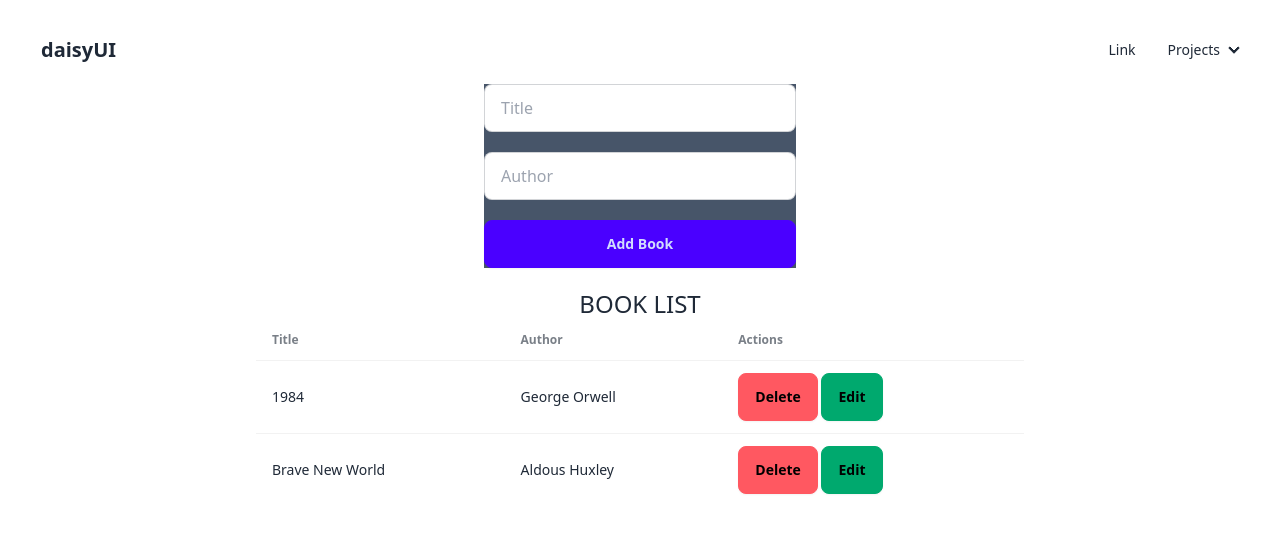
Repository: sibi24sibi/Crud-app-svelte
Page: /
An editor plug-in stored every save of this project. The page is shown before and after a run of saves, followed by the edit.
The browser window is 1280 px wide. The pictures show the whole page.
The project was rebuilt for these pictures with package versions that can differ from the ones it lists, and the page was loaded fresh each time. Also part of the build but not shown: svelte.config.js, vite.config.js.

Above is the page before, as saved 2024-06-30 19:09:42.

### index.html
<!doctype html>
<html lang="en" data-theme="light">
  <head>
    <meta charset="UTF-8" />
    <link rel="icon" type="image/svg+xml" href="/vite.svg" />
    <meta name="viewport" content="width=device-width, initial-scale=1.0" />
    <title>Vite + Svelte</title>
  </head>
  <body>
    <div id="app"></div>
    <script type="module" src="/src/main.js"></script>
  </body>
</html>

### src/App.svelte
<script>
  import Navbar from "./Components/Navbar.svelte";

  import AddBook from "./Components/AddBook.svelte";
  import BookList from "./Components/BookList.svelte";
</script>

<main>
  <Navbar />

  <AddBook />
  <BookList />
</main>

<style>
  main {
    text-align: center;
    padding: 1em;
    margin: 0 auto;
  }
</style>

### src/Components/Navbar.svelte
<script></script>

<body>
  <div class="navbar bg-base-100">
    <div class="flex-1">
      <a class="btn btn-ghost text-xl">daisyUI</a>
    </div>
    <div class="flex-none">
      <ul class="menu menu-horizontal px-1">
        <li><a>Link</a></li>
        <li>
          <details>
            <summary>Projects</summary>
            <ul class="bg-base-100 rounded-t-none p-2">
              <li><a>Video player</a></li>
              <li><a>data entry</a></li>
            </ul>
          </details>
        </li>
      </ul>
    </div>
  </div>
</body>

<style>
</style>

### src/Components/AddBook.svelte
<script>
  import { books } from "./BookStore.js";
  let title = "";
  let author = "";

  function addBook() {
    books.update((items) => [
      ...items,
      { id: items.length ? items[items.length - 1].id + 1 : 1, title, author },
    ]);
    title = "";
    author = "";
  }
</script>

<div class="flex flex-col mx-auto gap-5 bg-slate-600 w-1/4">
  <input
    placeholder="Title"
    class="input input-bordered w-full max-w-xs"
    bind:value={title}
  />
  <input
    placeholder="Author"
    class="input input-bordered w-full max-w-xs"
    bind:value={author}
  />
  <button class="btn btn-primary max-w-sm" {addBook}>Add Book</button>
</div>

### src/Components/BookList.svelte
<script>
  import { books } from "./BookStore.js";
  let editableBook = null;

  function deleteBook(id) {
    books.update((items) => items.filter((item) => item.id !== id));
  }

  function editBook(book) {
    editableBook = { ...book };
  }

  function saveEdit() {
    books.update((items) =>
      items.map((item) => (item.id === editableBook.id ? editableBook : item))
    );
    editableBook = null;
  }
</script>

<div class="overflow-x-auto max-w-3xl mx-auto my-5">
  <h1 class="text-2xl uppercase">Book List</h1>
  <table class="table">
    <thead>
      <tr>
        <th>Title</th>
        <th>Author</th>
        <th>Actions</th>
      </tr>
    </thead>
    <tbody>
      {#each $books as book}
        <tr>
          {#if editableBook && editableBook.id === book.id}
            <td
              ><input
                class="input input-bordered"
                bind:value={editableBook.title}
              /></td
            >

            <td>
              <input
                class="input input-bordered"
                bind:value={editableBook.author}
              /></td
            >
            <td>
              <button class="btn btn-primary" on:click={saveEdit}>Save</button
              ></td
            >
          {:else}
            <td>{book.title} </td> <td> {book.author} </td>
            <td
              ><button
                class="btn btn-error"
                on:click={() => deleteBook(book.id)}>Delete</button
              >
              <button class="btn btn-success" on:click={() => editBook(book)}
                >Edit</button
              ></td
            >
          {/if}
        </tr>
      {/each}
    </tbody>
  </table>
</div>

### src/Components/BookStore.js
import { writable } from "svelte/store";

export const books = writable([
  { id: 1, title: "1984", author: "George Orwell" },
  { id: 2, title: "Brave New World", author: "Aldous Huxley" },
]);

### tailwind.config.js
/** @type {import('tailwindcss').Config} */
export default {
  content: ["./index.html", "./src/**/*.{svelte,js,ts,jsx,tsx}"],
  theme: {
    extend: {},
  },
  plugins: [require("daisyui")],
};

Loaded but not shown: src/main.js (common file); src/app.css (common file)

After the next 2 saves:
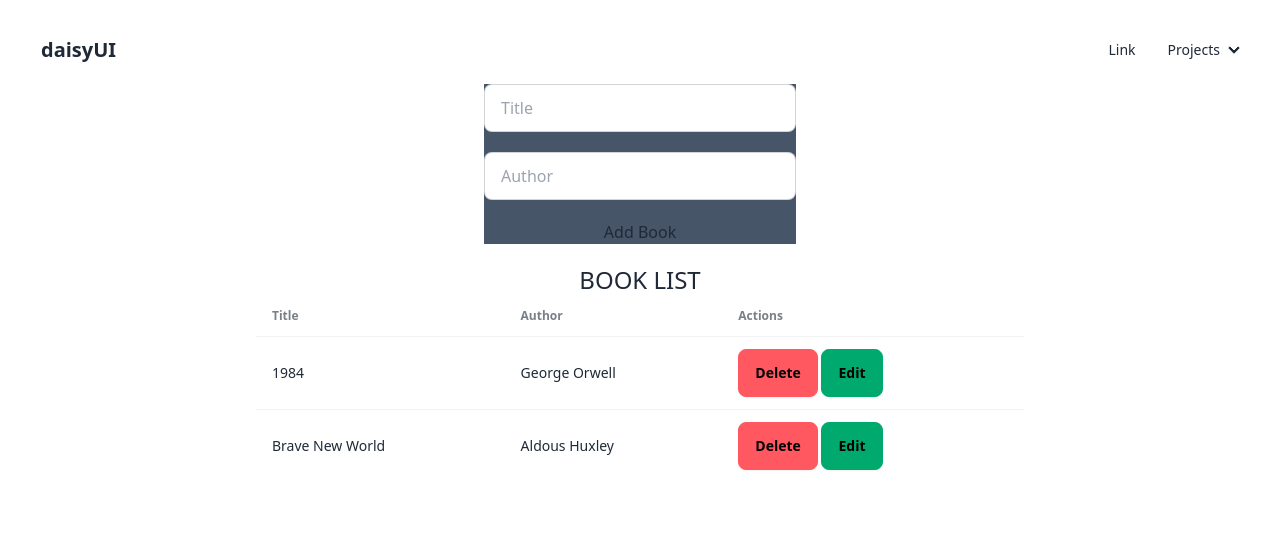
The 2 saves are shown as one change because they came seconds apart.
The last was saved 18 s later.
--- a/src/Components/AddBook.svelte
+++ b/src/Components/AddBook.svelte
@@ -24,5 +24,5 @@
     class="input input-bordered w-full max-w-xs"
     bind:value={author}
   />
-  <button class="btn btn-primary max-w-sm" {addBook}>Add Book</button>
+  <button class="" {addBook}>Add Book</button>
 </div>

After the save that followed:
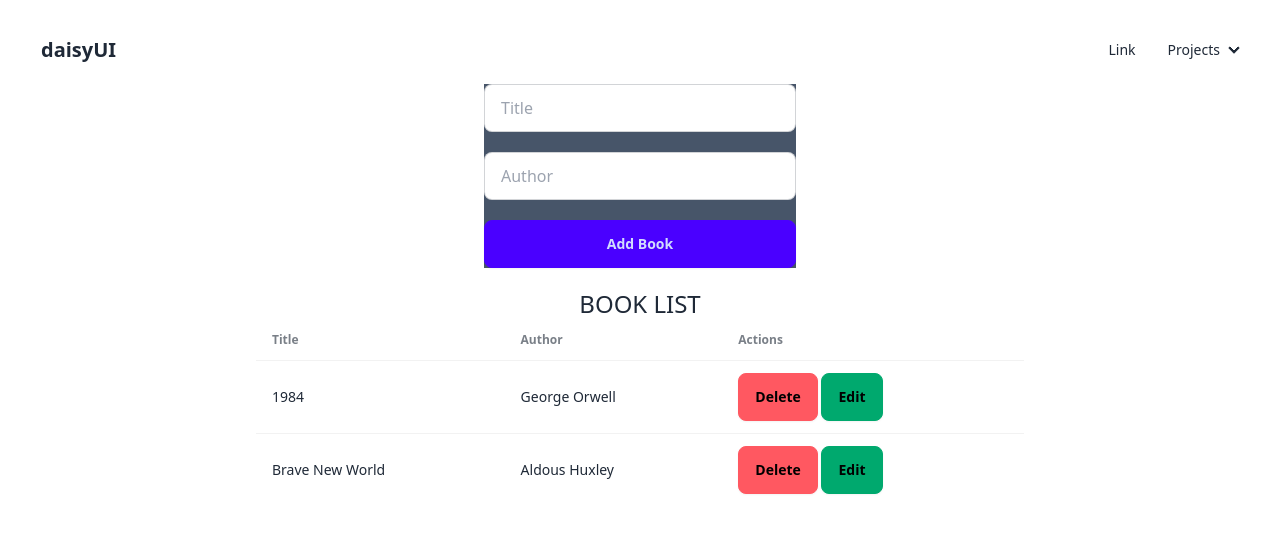
Saved 6 s later.
--- a/src/Components/AddBook.svelte
+++ b/src/Components/AddBook.svelte
@@ -24,5 +24,5 @@
     class="input input-bordered w-full max-w-xs"
     bind:value={author}
   />
-  <button class="" {addBook}>Add Book</button>
+  <button class="btn btn-primary max-w-sm" {addBook}>Add Book</button>
 </div>
